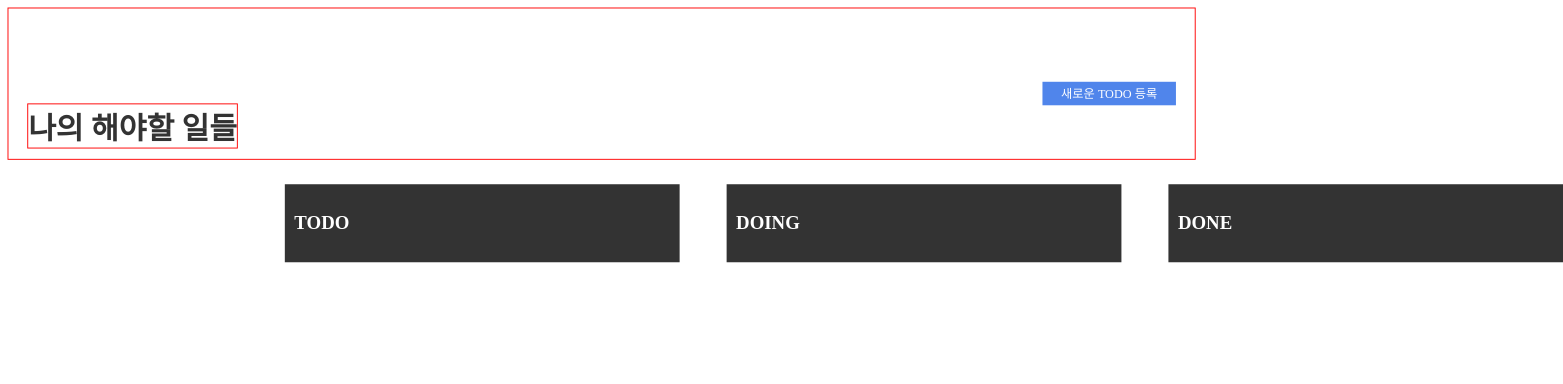
Repository: estellechoi/jsp-project-todo
Page: http://localhost/todo/MainServlet
The author's editor kept a copy of each file at every save. The page is drawn from the files as they stood at one save, then again after the next save.
The browser window is 1280 px wide. The page is 1663 px wide, then 1418 px, so the pictures cover 1663 px, including what lies to the right of the window. The pictures show the whole page, at 94% of full size.
The page is served by Tomcat 9. Queries for data that is not in the repository find no rows.

Above is the page before, as saved 2019-12-08 07:42:50.

After the next save:
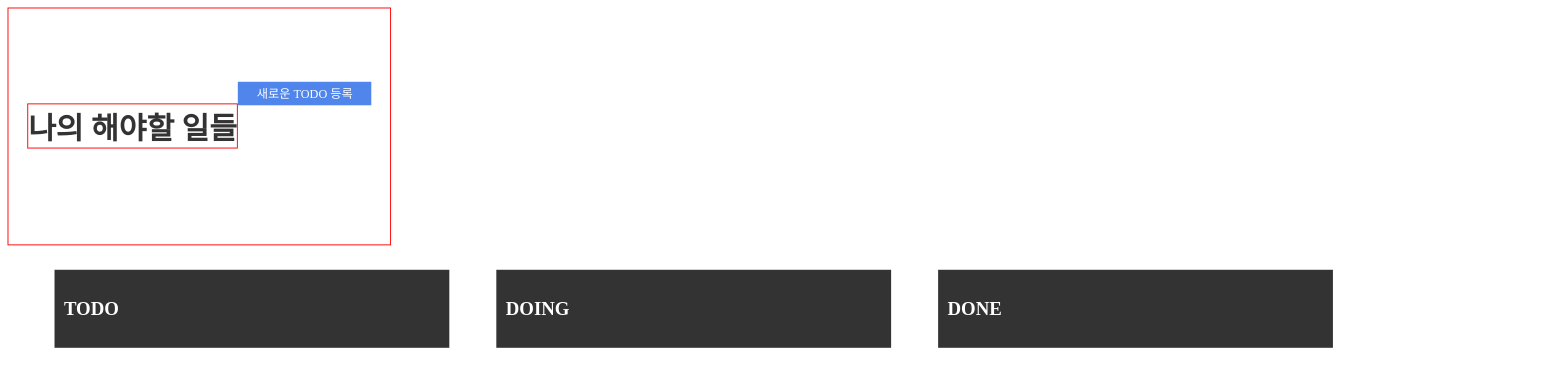
Saved 25 s later.
--- a/todo/src/main/webapp/jsp/main.jsp
+++ b/todo/src/main/webapp/jsp/main.jsp
@@ -28,6 +28,7 @@
 /* 		height: 100px; */
 		padding: 80px 20px;
 		border: 1px solid red;
+		display: table-cell;
 	}
 
 	#header_logo {
